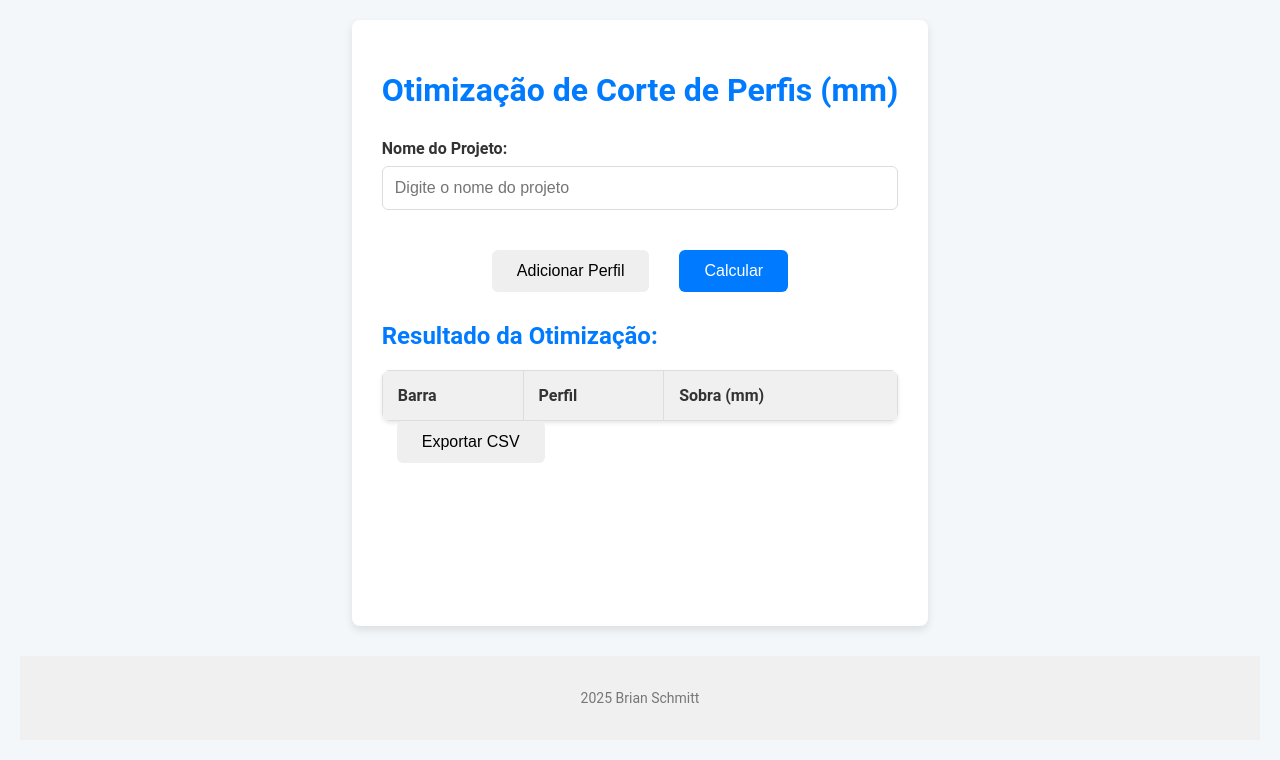
Repository: brianbebop/aqui
Page: index.html
The author's editor kept a copy of each file at every save. The page is drawn from the files as they stood at one save, then again after the next save.
The browser window is 1280 px wide. The pictures show the whole page.

Above is the page before, as saved 2025-03-22 21:49:17.

### index.html
<!DOCTYPE html>
<html>
<head>
    <title>Otimização de Corte de Perfis (mm)</title>
    <meta charset="UTF-8">
    <meta name="viewport" content="width=device-width, initial-scale=1.0">
    <link rel="stylesheet" href="style.css">
</head>
<body>
    <div class="container">
        <h1 class="page-title">Otimização de Corte de Perfis (mm)</h1>
        <div class="project-info">
            <label for="nomeProjeto" class="form-label">Nome do Projeto:</label>
            <input type="text" id="nomeProjeto" class="form-input" placeholder="Digite o nome do projeto">
        </div>
        <div id="perfis" class="perfis-container">
            </div>
        <div class="button-container">
            <button id="adicionarPerfil" class="btn btn-add-perfil">Adicionar Perfil</button>
            <button id="calcular" class="btn btn-calculate">Calcular</button>
        </div>
        <div id="resultado" class="result-container">
            <h2 class="result-title">Resultado da Otimização:</h2>
            <table id="resumoBarras" class="result-table">
                <thead>
                    <tr>
                        <th class="table-header">Barra</th>
                        <th class="table-header">Perfil</th>
                        <th class="table-header">Sobra (mm)</th>
                    </tr>
                </thead>
                <tbody>
                    </tbody>
            </table>
            <button id="exportarCSV" class="btn btn-export">Exportar CSV</button>
        </div>
    </div>

    <footer class="footer">
        <p> 2025 Brian Schmitt</p>
    </footer>

    <script src="script.js"></script>
</body>
</html>

### style.css
:root {
    --primary-color: #007bff;
    --background-color: #f4f4f4;
    --text-color: #333;
    --border-color: #ddd;
}
/* Estilos gerais */
body {
    font-family: 'Roboto', sans-serif;
    margin: 0;
    padding: 20px;
    background-color: #f4f7f9;
    color: #333;
    display: flex;
    flex-direction: column;
    min-height: 100vh;
    margin: 0;
}

.container {
    max-width: 800px;
    margin: 0 auto;
    background-color: white;
    padding: 30px;
    border-radius: 8px;
    box-shadow: 0 4px 8px rgba(0, 0, 0, 0.1);
    flex-grow: 1;
}

.page-title {
    text-align: center;
    color: #007bff;
    margin-bottom: 30px;
}

.project-info {
    margin-bottom: 25px;
}

.form-label {
    display: block;
    margin-bottom: 8px;
    font-weight: 600;
}

.form-input {
    width: 100%;
    padding: 12px;
    border: 1px solid #ddd;
    border-radius: 6px;
    margin-bottom: 15px;
    box-sizing: border-box;
    font-size: 16px;
}

.perfis-container {
    margin-bottom: 25px;
}

.perfil {
    margin-bottom: 15px;
    display: flex;
    align-items: center;
    background-color: #f9f9f9;
    padding: 15px;
    border-radius: 6px;
}

.perfil label {
    margin-right: 15px;
    font-weight: 600;
}

.perfil input {
    flex-grow: 1;
    padding: 12px;
    border: 1px solid #ddd;
    border-radius: 6px;
    font-size: 16px;
}

.button-container {
    display: flex;
    justify-content: center;
    margin-bottom: 30px;
}

.btn {
    padding: 12px 25px;
    border: none;
    border-radius: 6px;
    cursor: pointer;
    margin: 0 15px;
    font-size: 16px;
    transition: background-color 0.3s ease;
}

.btn-calculate {
    background-color: #007bff;
    color: white;
}

.btn-calculate:hover {
    background-color: #0056b3;
}

.result-container {
    margin-top: 30px;
}

.result-title {
    font-size: 24px;
    margin-bottom: 20px;
    color: #007bff;
}

.result-table {
    width: 100%;
    border-collapse: collapse;
    border-radius: 8px;
    overflow: hidden;
    box-shadow: 0 2px 4px rgba(0, 0, 0, 0.1);
}

.table-header,
.result-table td {
    border: 1px solid #ddd;
    padding: 15px;
    text-align: left;
}

.table-header {
    background-color: #f0f0f0;
    font-weight: 600;
}

/* Estilos responsivos */
@media (max-width: 600px) {
    .perfil {
        flex-direction: column;
        align-items: stretch;
    }

    .perfil label {
        margin-right: 0;
        margin-bottom: 8px;
    }

    .button-container {
        flex-direction: column;
        align-items: center;
    }

    .btn {
        margin: 8px 0;
        width: 100%;
    }

    .table-header,
    .result-table td {
        font-size: 14px;
    }
}

.remover-perfil {
    background-color: #e91e63; /* Cor de fundo semelhante ao botão "Calcular" */
    color: white;
    border: none;
    padding: 8px 16px;
    border-radius: 4px;
    cursor: pointer;
    font-size: 14px;
    transition: background-color 0.3s ease;
}

.remover-perfil:hover {
    background-color: #c2185b; /* Cor de fundo mais escura no hover */
}
.footer {
    text-align: center;
    padding: 20px;
    background-color: #f0f0f0;
    margin-top: 30px;
    font-size: 14px;
    color: #777;

}
div:empty,
p:empty {
    display: none;
}

### script.js
const perfisDiv = document.getElementById('perfis');
const adicionarPerfilButton = document.getElementById('adicionarPerfil');
const calcularButton = document.getElementById('calcular');
const resultadoDiv = document.getElementById('resultado');
const resumoBarrasTabela = document.getElementById('resumoBarras').getElementsByTagName('tbody')[0];
const nomeProjetoInput = document.getElementById('nomeProjeto');
const exportarCSVButton = document.getElementById('exportarCSV');

let perfis = [];
let contadorPerfil = 0;

function calcularOtimizacao() {
    const tamanhoBarra = 6000;
    const perfisComTamanho = perfis
        .filter(perfil => perfil.input.value !== '') // Ignora perfis com valor vazio
        .map(perfil => ({
            id: perfil.id,
            tamanho: parseInt(perfil.input.value)
        }));

    // Função para encontrar a melhor combinação de perfis para uma barra
    function encontrarMelhorCombinacao(perfisRestantes, espacoLivre) {
        let melhorCombinacao = { perfis: [], sobra: espacoLivre };

        function combinar(combinacaoAtual, sobraAtual, indiceAtual) {
            if (sobraAtual < melhorCombinacao.sobra) {
                melhorCombinacao = { perfis: combinacaoAtual, sobra: sobraAtual };
            }

            if (indiceAtual < perfisRestantes.length) {
                const perfilAtual = perfisRestantes[indiceAtual];
                if (sobraAtual >= perfilAtual.tamanho) {
                    combinar(
                        [...combinacaoAtual, perfilAtual],
                        sobraAtual - perfilAtual.tamanho,
                        indiceAtual + 1
                    );
                }
                combinar(combinacaoAtual, sobraAtual, indiceAtual + 1);
            }
        }

        combinar([], espacoLivre, 0);
        return melhorCombinacao;
    }

    // Algoritmo de otimização

    const barras = [];
    let perfisRestantes = [...perfisComTamanho];
    while (perfisRestantes.length > 0) {
        const perfilAtual = perfisRestantes[0];
        if (perfilAtual.tamanho > tamanhoBarra) {
            // Divide o perfil em múltiplas barras
            const quantidadeBarras = Math.ceil(perfilAtual.tamanho / tamanhoBarra);
            for (let i = 0; i < quantidadeBarras; i++) {
                const tamanhoBarraAtual = Math.min(tamanhoBarra, perfilAtual.tamanho - i * tamanhoBarra);
                const barraAtual = { perfis: [{ ...perfilAtual, tamanho: tamanhoBarraAtual }], espacoLivre: tamanhoBarra - tamanhoBarraAtual };
                barras.push(barraAtual);

                // Tenta otimizar o espaço restante na barra atual
                if (barraAtual.espacoLivre > 0) {
                    const melhorCombinacao = encontrarMelhorCombinacao(perfisRestantes.filter(p => p !== perfilAtual), barraAtual.espacoLivre);
                    if (melhorCombinacao.perfis.length > 0) {
                        barraAtual.perfis = [...barraAtual.perfis, ...melhorCombinacao.perfis];
                        barraAtual.espacoLivre = melhorCombinacao.sobra;

                        // Remove os perfis utilizados da lista perfisRestantes
                        melhorCombinacao.perfis.forEach(perfilUsado => {
                            perfisRestantes = perfisRestantes.filter(perfil => perfil.id !== perfilUsado.id);
                        });
                    }
                }
            }
            perfisRestantes.shift(); // Remove o perfil dividido
        } else {
            // Encontra a melhor combinação para a barra
            const melhorCombinacao = encontrarMelhorCombinacao(perfisRestantes, tamanhoBarra);
            barras.push({ perfis: melhorCombinacao.perfis, espacoLivre: melhorCombinacao.sobra });
            perfisRestantes = perfisRestantes.filter(
                perfil => !melhorCombinacao.perfis.includes(perfil)
            );
        }
    }

    // Exibe o resultado na tabela
    resumoBarrasTabela.innerHTML = ''; // Limpa a tabela
    barras.forEach((barra, index) => {
        const novaLinha = resumoBarrasTabela.insertRow();
        const colunaBarra = novaLinha.insertCell(0);
        const colunaPerfis = novaLinha.insertCell(1);
        const colunaSobra = novaLinha.insertCell(2);

        colunaBarra.textContent = `Barra ${index + 1}`;
        colunaPerfis.textContent = barra.perfis.map(perfil => `${perfil.id} (${perfil.tamanho}mm)`).join(', ');
        colunaSobra.textContent = `${barra.espacoLivre} mm`;
    });

    // Exibe o nome do projeto
    const nomeProjeto = nomeProjetoInput.value;
    if (nomeProjeto) {
        document.querySelector('h1').textContent = `Otimização de Corte de Perfis (mm) - ${nomeProjeto}`;
    } else {
        document.querySelector('h1').textContent = `Otimização de Corte de Perfis (mm)`;
    }
}

adicionarPerfilButton.addEventListener('click', () => {
    const perfilId = String.fromCharCode(65 + contadorPerfil);
    const perfilDiv = document.createElement('div');
    perfilDiv.classList.add('perfil');
    perfilDiv.innerHTML = `
        <label for="perfil-${perfilId}">Perfil ${perfilId} (mm):</label>
        <input type="number" id="perfil-${perfilId}" placeholder="Tamanho (mm)">
        <button class="remover-perfil">Remover</button>
    `;
    perfisDiv.appendChild(perfilDiv);
    perfis.push({ id: perfilId, input: perfilDiv.querySelector('input') });
    contadorPerfil++;

    // Adiciona o evento de clique para o botão "Remover"
    const removerButton = perfilDiv.querySelector('.remover-perfil');
    removerButton.addEventListener('click', () => {
        perfis = perfis.filter(perfil => perfil.id !== perfilId);
        perfilDiv.remove();
        calcularOtimizacao(); // Recalcula automaticamente após remover o perfil
    });
});

calcularButton.addEventListener('click', () => {
    calcularOtimizacao();
});



exportarCSVButton.addEventListener('click', () => {
    const nomeProjeto = nomeProjetoInput.value || 'Otimizacao_Corte_Perfis';
    const nomeArquivo = `${nomeProjeto}.csv`;

    let csvContent = 'Barra,Perfis,Sobra (mm)\r\n'; // Cabeçalho CSV
    const linhasTabela = resumoBarrasTabela.rows;
    for (let i = 0; i < linhasTabela.length; i++) {
        const linha = linhasTabela[i];
        const colunas = linha.cells;
        const linhaCSV = `${colunas[0].textContent},"${colunas[1].textContent}",${colunas[2].textContent}\r\n`;
        csvContent += linhaCSV;
    }

    const blob = new Blob([csvContent], { type: 'text/csv;charset=utf-8;' });
    const link = document.createElement('a');
    if (navigator.msSaveBlob) { // IE 10+
        navigator.msSaveBlob(blob, nomeArquivo);
    } else {
        const url = URL.createObjectURL(blob);
        link.href = url;
        link.setAttribute('download', nomeArquivo);
        link.style.visibility = 'hidden';
        document.body.appendChild(link);
        link.click();
        document.body.removeChild(link);
    }
});

After the next save:
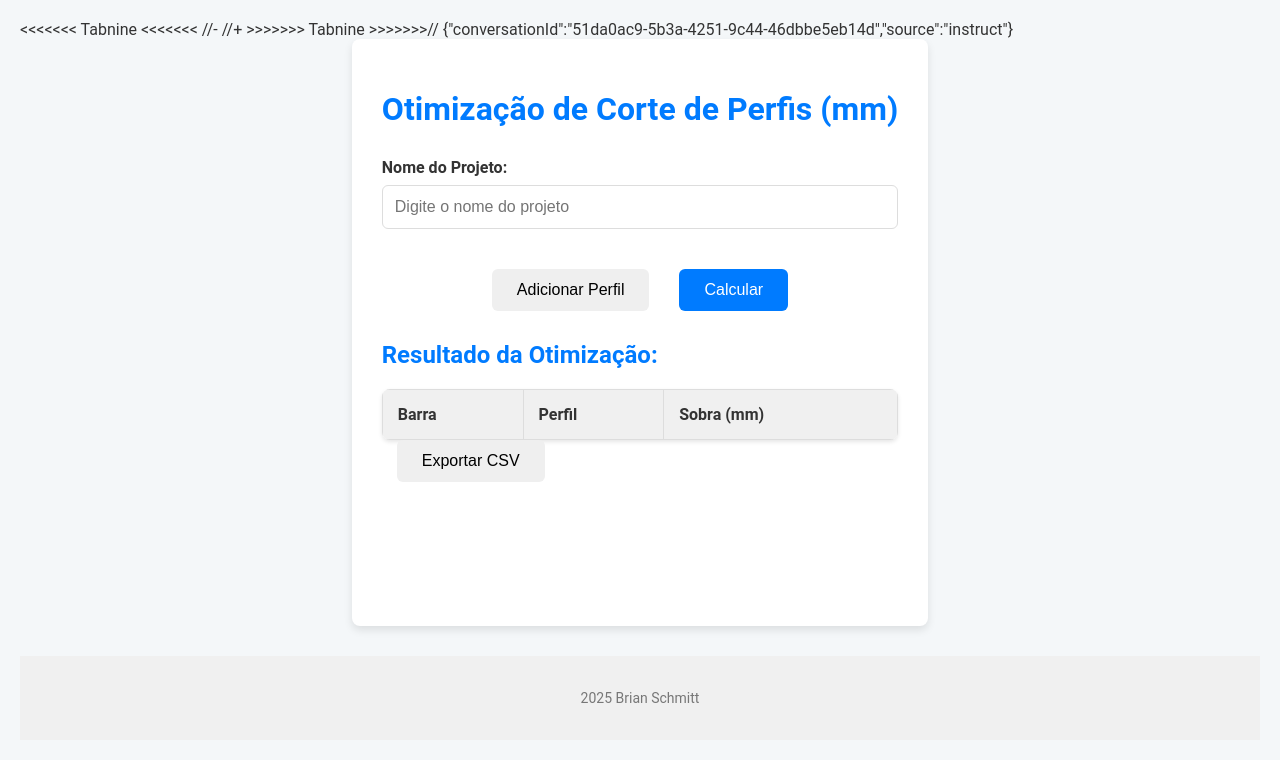
Saved 2 min 50 s later.
--- a/index.html
+++ b/index.html
@@ -1,5 +1,8 @@
 <!DOCTYPE html>
-<html>
+<<<<<<< Tabnine <<<<<<<
+<html>//-
+<html lang="en">//+
+>>>>>>> Tabnine >>>>>>>// {"conversationId":"51da0ac9-5b3a-4251-9c44-46dbbe5eb14d","source":"instruct"}
 <head>
     <title>Otimização de Corte de Perfis (mm)</title>
     <meta charset="UTF-8">
